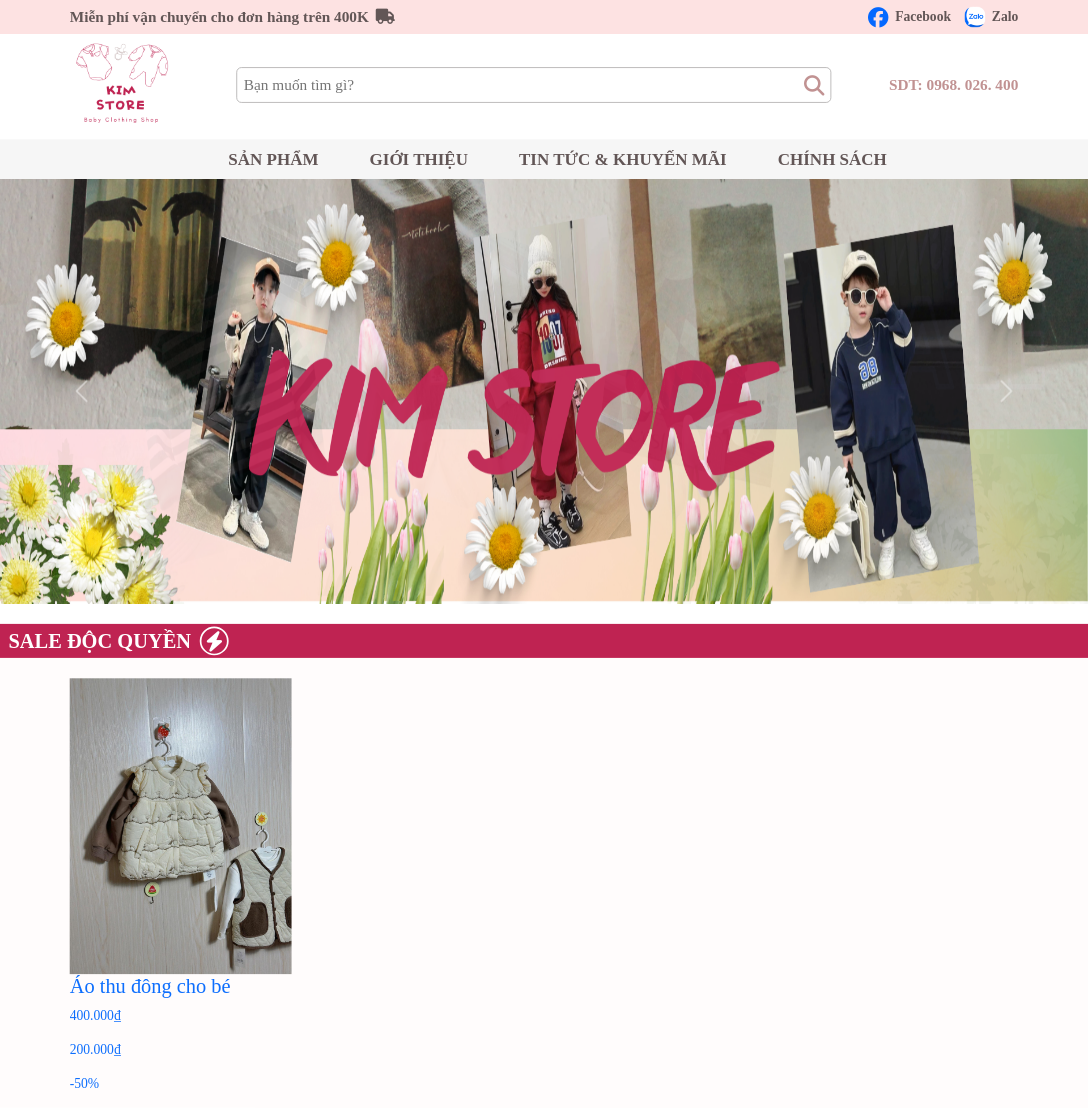
Repository: hoang28092000/kim-store
Page: index.html
The author's editor kept a copy of each file at every save. The page is drawn from the files as they stood at one save, then again after a run of saves.
The browser window is 1280 px wide. The pictures show the whole page, at 85% of full size.
Some web libraries are served in a nearby version.

Above is the page before, as saved 2024-11-01 15:26:27.

### index.html
<!DOCTYPE html>
<html lang="en">
<head>
    <meta charset="UTF-8">
    <meta name="viewport" content="width=device-width, initial-scale=1.0">
    <link href="https://cdn.jsdelivr.net/npm/bootstrap@5.0.2/dist/css/bootstrap.min.css" rel="stylesheet" integrity="sha384-EVSTQN3/azprG1Anm3QDgpJLIm9Nao0Yz1ztcQTwFspd3yD65VohhpuuCOmLASjC" crossorigin="anonymous">
    <link rel="stylesheet" href="https://cdnjs.cloudflare.com/ajax/libs/font-awesome/6.6.0/css/all.min.css" integrity="sha512-Kc323vGBEqzTmouAECnVceyQqyqdsSiqLQISBL29aUW4U/M7pSPA/gEUZQqv1cwx4OnYxTxve5UMg5GT6L4JJg==" crossorigin="anonymous" referrerpolicy="no-referrer" />
    <link rel="stylesheet" href="asset/style.css">
    <title>KIM STORE</title>
</head>
<body>
    <div id="header">
        <div class="top_header ">
                <div class="container d-flex justify-content-between">
                    <div class="r-top_header d-flex align-items-center">
                        <p class="txt_bold mb-0 me-2">Miễn phí vận chuyển cho đơn hàng trên 400K</p>
                    <i class="fa-solid fa-truck icon-truck mb-0"></i>
                    </div>
                    <ul class="icons-header d-flex align-items-center mb-0">
                        <a href="" class="tag-a-top_header">
                            <li class="icon d-flex me-3">
                                <i class="fa-brands fa-facebook icon_fb me-2"></i>
                                <span class="txt-fb">Facebook</span>
                            </li>
                        </a>
                        <a href="" class="tag-a-top_header">
                            <li class="icon d-flex">
                                <img src="asset/image/icon_zalo.webp" alt="this is picture zalo" class="icon_zalo me-2">
                                <span class="txt-zalo">Zalo</span>
                             </li>
                        </a>
                    </ul>
                </div>
        </div>

        <div class="bottom_headder">
            <div class="container d-flex justify-content-between align-items-center">
                <a href="" class="">
                    <img src="asset/image/KIM-store.png" alt="this is logo" class="img_logo">
                </a>
                <div class="d-flex align-items-center">
                    <input type="text" class="search_header" placeholder="Bạn muốn tìm gì?">
                    <i class="fa-solid fa-magnifying-glass icon_search"></i>
                </div>
                <span class="sdt_header">SDT: 0968. 026. 400</span>
        </div>
    </div>


    <div id="navbar">
        <div class="container">
            <ul class="nav_links d-flex justify-content-center mb-0 py-2">
                <li class="item_link" ><a href="" class="nav_link">SẢN PHẨM</a></li>
                <li class="item_link" ><a href="" class="nav_link">GIỚI THIỆU</a></li>
                <li class="item_link" ><a href="" class="nav_link">TIN TỨC & KHUYẾN MÃI</a></li>
                <li class="item_link" ><a href="" class="nav_link">CHÍNH SÁCH</a></li>
            </ul>
        </div>
        <div class="banner">
            <div id="carouselExampleFade" class="carousel slide carousel-fade" data-bs-ride="carousel">
                <div class="carousel-inner">
                  <div class="carousel-item active">
                    <img src="asset/image/KIM_STORE.png" class="d-block w-100 banner" alt="this is banner">
                  </div>
                  <div class="carousel-item">
                    <img src="asset/image/banner2.png" class="d-block w-100 banner" alt="this is banner 2">
                  </div>
                  <div class="carousel-item">
                    <img src="asset/image/banner3.png" class="d-block w-100 banner" alt="this is banner 3">
                  </div>
                </div>
                <button class="carousel-control-prev" type="button" data-bs-target="#carouselExampleFade" data-bs-slide="prev">
                  <span class="carousel-control-prev-icon" aria-hidden="true"></span>
                  <span class="visually-hidden">Previous</span>
                </button>
                <button class="carousel-control-next" type="button" data-bs-target="#carouselExampleFade" data-bs-slide="next">
                  <span class="carousel-control-next-icon" aria-hidden="true"></span>
                  <span class="visually-hidden">Next</span>
                </button>
              </div>
        </div>
    </div>


    <div id="main" class="mt-4">
        <div class="title_txt d-flex align-items-center">
            <h3 class="txt_sale mb-0">SALE ĐỘC QUYỀN</h3>
            <i class="fa-solid fa-bolt icon_bold"></i>
        </div>
        <div class="container">
            <div class="row mt-4">
                <div class="col-lg-3">
                    <a href="" class="txt-decoration_none">
                        <div class="card_product">
                            <img src="asset/image/anh_1.jpg" class="img-card_product w-100" alt=" this is picture card">
                            <div class="info_card">
                                <h4 class="name_product">
                                    Áo thu đông cho bé
                                </h4>
                                <div class="price">
                                    <p class="price-no_sale">
                                        400.000₫
                                    </p>
                                    <p class="price_sale">
                                        200.000₫
                                    </p>
                                    <p class="percent">
                                        -50%
                                    </p>
                                </div>
                            </div>
                        </div>
                    </a>
                </div>
            </div>
        </div>
    </div>


    <div id="footer">

    </div>






    <script src="https://cdn.jsdelivr.net/npm/bootstrap@5.0.2/dist/js/bootstrap.bundle.min.js" integrity="sha384-MrcW6ZMFYlzcLA8Nl+NtUVF0sA7MsXsP1UyJoMp4YLEuNSfAP+JcXn/tWtIaxVXM" crossorigin="anonymous"></script>
</body>
</html>

### asset/style.css
*{
    margin: 0;
    padding: 0;
    box-sizing: border-box;
    font-family: Montserrat;
    list-style: none;
    text-decoration: none;
}
.txt-decoration_none{
    text-decoration: none;
}
.txt-16px{
    font-size: 16px;
    color: #625656;
}
.txt_bold{
    font-size: 18px;
    color: #625656;
    font-weight: 700;
}
#header{

}
#header .top_header{
    height: 40px;
    background-color: #FDE2E2;
}
.top_header .r-top_header{
    height: 40px;
}
.top_header .icon-truck{
    font-size: 18px;
    color: #625656;
}
.top_header .tag-a-top_header{
    text-decoration: none;
}
.top_header .icon_fb{
    font-size: 24px;
    color: #0468ff;
}
.top_header .icon_zalo{
    width: 24px;
    height: 24px;
}
.top_header .txt-fb , .top_header .txt-zalo{
    font-size: 16px;
    color: #625656;
    font-weight: 600;
}
.top_header .txt-fb:hover , .top_header .txt-zalo:hover{
    color: #fff;
}

#header .bottom_headder {
    height: 124px;
}
.bottom_headder .img_logo{
    width: 120px;
    height: 120px;
}
.bottom_headder .search_header {
    width: 700px;
    height: 42px;
    font-size: 18px;
    color: #625656;
    border-radius: 6px;
    border: 1px solid #b3b0b0;
    padding-left: 8px;
    outline: none;
}
.bottom_headder .icon_search{
    font-size: 24px;
    color: #c19292;
    margin-left: -32px;
}
.bottom_headder .icon_search:hover{
    opacity: 0.7;
    cursor: pointer;
}
.bottom_headder .sdt_header{
    font-size: 18px;
    font-weight: 600;
    color: #c19292;
}


/* navbar */
#navbar{
    background: #f6f6f6;
    height: auto;
}
#navbar .nav_links{
    list-style: none;
}

.nav_links .nav_link{
    font-size: 20px;
    color: #625656;
    text-decoration: none;
    padding: 11px 30px;
    font-weight: 600;
}
.nav_links .nav_link:hover{
    background-color: #c19292;
    color: #f6f6f6;
}

#navbar .banner{
    height: 500px;
}
#main{
    background-color: #fffcfc;
}
#main .title_txt{
    background-color: #bf2352;
    height: 40px;
}
#main .txt_sale{
    font-size: 24px;
    font-weight: 700;
    color: #fff;
    padding: 10px;
}
#main .icon_bold{
    font-size: 24px;
    border: #fff 2px solid;
    border-radius: 50px;
    padding: 3px 4px 3px 5px;
    color: #fff;
}
#main .card_product{
    border
}

After the next 2 saves:
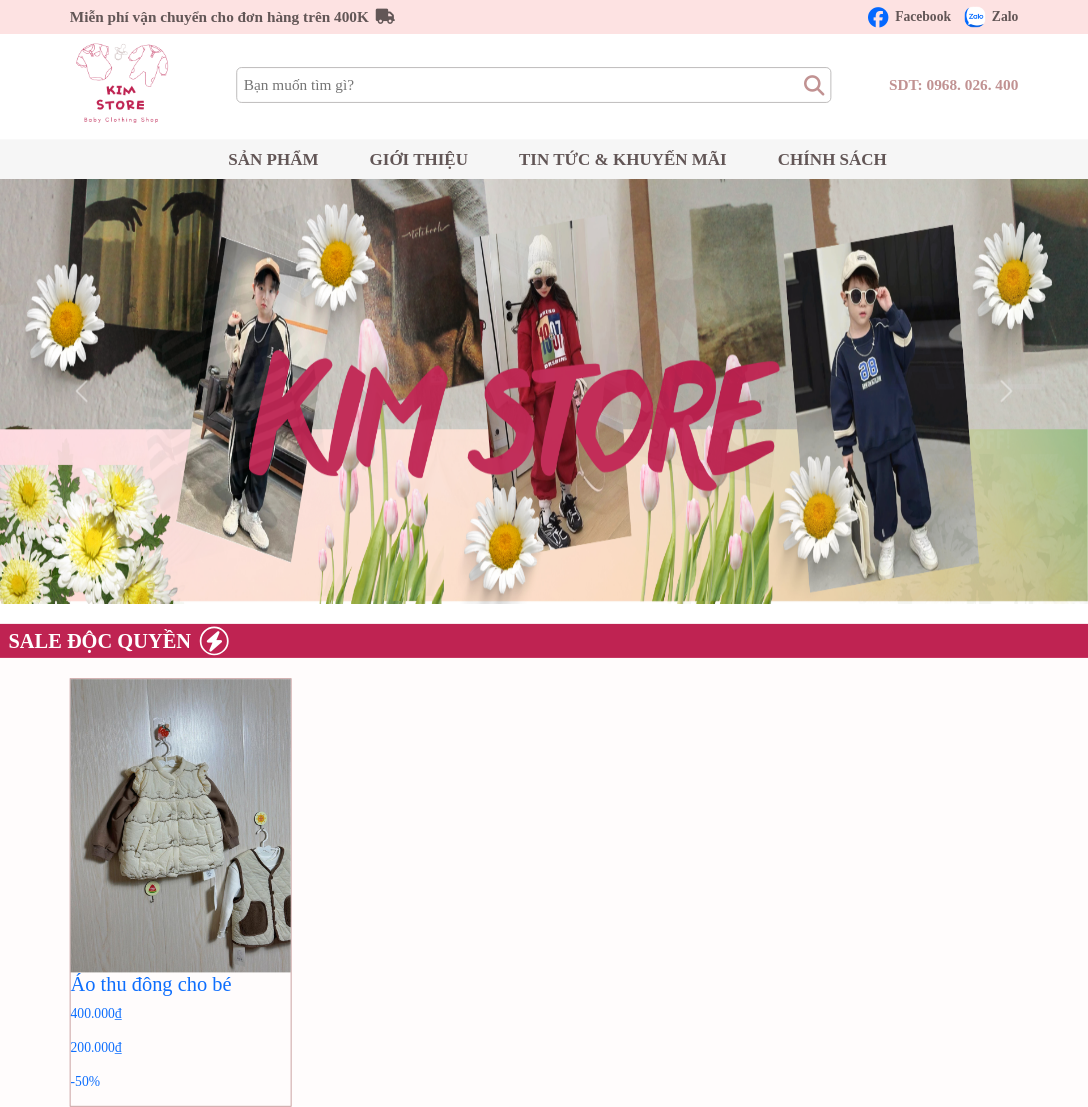
The 2 saves are shown as one change because they came seconds apart.
The last was saved 10 s later.
--- a/asset/style.css
+++ b/asset/style.css
@@ -130,5 +130,5 @@
     color: #fff;
 }
 #main .card_product{
-    border
+    border: 1px solid #c19292;
 }
